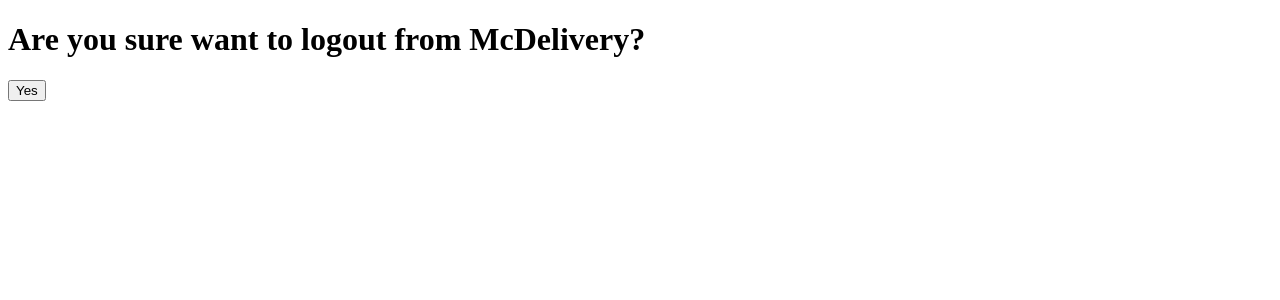
Repository: Jeck97/Mcdonald-Delivery-System
Page: McDelivery/WebContent/logout/logoutConfirmation.html
An editor plug-in stored every save of this project. The page is shown before and after the next save, followed by the edit.
The browser window is 1280 px wide. The pictures show the whole page.

Above is the page before, as saved 2020-07-10 13:26:24.

After the next save:
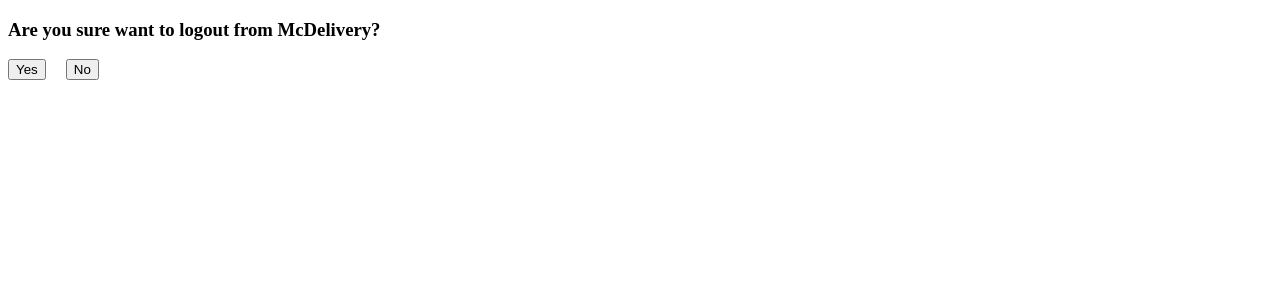
Saved 71 s later.
--- a/McDelivery/WebContent/logout/logoutConfirmation.html
+++ b/McDelivery/WebContent/logout/logoutConfirmation.html
@@ -6,9 +6,13 @@
 </head>
 <body>
 
-	<h1>Are you sure want to logout from McDelivery?</h1>
+	<h3>Are you sure want to logout from McDelivery?</h3>
 
 	<a href="/McDelivery/login/loginForm.jsp"><button>Yes</button></a>
 
+	&nbsp; &nbsp;
+
+	<button>No</button>
+
 </body>
 </html>
